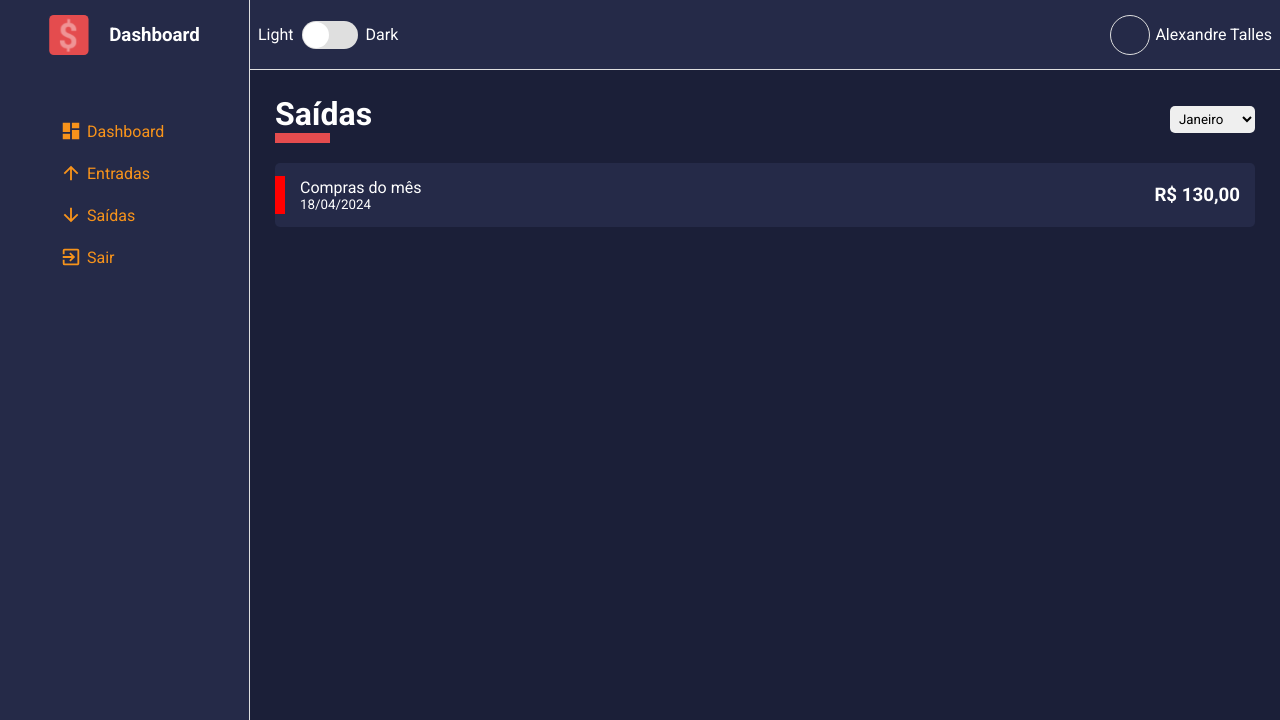
Repository: XFERRER7/dashboard
Page: /
The author's editor kept a copy of each file at every save. The page is drawn from the files as they stood at one save, then again after the next save.
The browser window is 1280 px wide. The pictures show the whole page.
The project was rebuilt for these pictures with package versions that can differ from the ones it lists, and the page was loaded fresh each time. Also part of the build but not shown: vite.config.ts.

Above is the page before, as saved 2022-07-11 17:01:19.

### index.html
<!DOCTYPE html>
<html lang="pt-br">

<head>
  <meta charset="UTF-8" />
  <meta name="viewport" content="width=device-width, initial-scale=1.0" />
  <link rel="shortcut icon" href="src/assets/Logo.svg" type="image/x-icon">
  <link rel="preconnect" href="https://fonts.googleapis.com">
  <link rel="preconnect" href="https://fonts.gstatic.com" crossorigin>
  <link href="https://fonts.googleapis.com/css2?family=Roboto:wght@400;500;700&display=swap" rel="stylesheet">
  <title>Dashboard</title>
</head>

<body>
  <div id="root"></div>
  <script type="module" src="/src/main.tsx"></script>
</body>

</html>

### src/main.tsx
import React from 'react'
import ReactDOM from 'react-dom/client'
import {App} from './App'

ReactDOM.createRoot(document.getElementById('root')!).render(
  <React.StrictMode>
    <App />
  </React.StrictMode>
)

### src/App.tsx
import Global from "./styles/Global"
import { Layout } from './components/Layout'
import { ThemeProvider } from 'styled-components'
import dark from './styles/Themes/dark'
import light from './styles/Themes/light'
import { Dashboard } from "./pages/Dashboard"
import { List } from "./pages/List"

export const App = () => {
  return (
    <div>
      <ThemeProvider theme={dark}>
        <Global />
        <Layout>
          <List/>
        </Layout>
      </ThemeProvider>
    </div>
  )
}

### src/styles/Global.ts
import { createGlobalStyle } from 'styled-components'

export default createGlobalStyle`

  * {
    margin: 0;
    padding: 0;
    box-sizing: border-box;
  }

  html, body, #root {
    height: 100%;
  }

  *, button, input {
    border: 0;
    outline: 0;
    font-family: 'Roboto', sans-serif;
  }

  button {
    cursor: pointer;
  }

`;

### src/components/Layout/index.tsx
import { Container } from './Styles'
import { MainHeader } from '../MainHeader'
import { Content } from '../Content'
import { Aside } from '../Aside'
import { ReactNode } from 'react';

interface BaseLayoutProps {
  children?: ReactNode;
}


export const Layout = ({ children }: BaseLayoutProps) => {
  return (
    <Container>
      <MainHeader />
      <Aside />
      <Content>
        {children}
      </Content>
    </Container>
  )
}

### src/styles/Themes/dark.ts
export default {
  title: 'dark',

  colors: {
    primary: '#1B1F38',
    secondary: '#252A48',
    tertiary: '##313862',

    white: '#fff',
    black: '#000',
    gray: '#dfdfdf',

    sucess: '#4E41F0',
    info: '#F7931B',
    warning: '#E44C4E'


  }
}

### src/pages/List/index.tsx
import React from 'react'
import { CardFinance } from '../../components/CardFinance'
import { HeaderContent } from '../../MiniComponents/headerContent'
import { Select } from '../../MiniComponents/select'
import { Container } from './styles'

export const List = () => {

  const options = [
    {
      value: 'Janeiro',
      label: 'Janeiro'
    },
    {
      value: 'Fevereiro',
      label: 'Fevereiro'
    },
    {
      value: 'Março',
      label: 'Março'
    }

  ]

  return (
    <Container>
      <HeaderContent titulo={'Saídas'} lineColor={'#E44C4E'}>
        <Select option={options}/>
      </HeaderContent>

      <CardFinance/>

    </Container>
  )
}

### src/components/Layout/Styles.ts
import styled from "styled-components"

export const Container = styled.div`
  display: grid;
  grid-template-columns: 250px auto;
  grid-template-rows: 70px auto;

  grid-template-areas:
  'AS MH'
  'AS CT';
  height: 100vh;

`

### src/components/MainHeader/index.tsx

import { Toggle } from '../../MiniComponents/Toggle'
import {
  Container,
  Profile,
  UserName,
  ImgUser
}
  from './Styles'


export const MainHeader = () => {

  return (
    <Container>
      <Toggle/>

      <Profile>
        <ImgUser/>
        <UserName>Alexandre Talles</UserName>

      </Profile>
    </Container>
  )
}

### src/components/Content/index.tsx
import { ReactNode } from 'react';
import { Container } from './Styles'

interface BaseLayoutProps {
  children?: ReactNode;
}

export const Content = ({ children }: BaseLayoutProps) => {
  return (
    <Container>
      {children}
    </Container>
  )
}

### src/components/Aside/index.tsx
import {
  Container,
  Header,
  Title,
  ImgLogo,
  Menu,
  ItemMenu
} from './Styles'
import logo from '../../assets/Logo.svg'
import {
  MdDashboard,
  MdArrowDownward,
  MdArrowUpward,
  MdExitToApp
} from 'react-icons/md'

export const Aside = () => {
  return (
    <Container>
      <Header>
        <ImgLogo src={logo} alt="Logo dashboard" />
        <Title>Dashboard</Title>
      </Header>
      <Menu>
        <ItemMenu href="#">
          <MdDashboard />
          Dashboard
        </ItemMenu>
        <ItemMenu href="#">
          <MdArrowUpward />
          Entradas
        </ItemMenu>
        <ItemMenu href="#">
          <MdArrowDownward />
          Saídas
        </ItemMenu>
        <ItemMenu href="#">
          <MdExitToApp />
          Sair
        </ItemMenu>
      </Menu>
    </Container>
  )
}

### src/components/CardFinance/index.tsx

import { Toggle } from '../../MiniComponents/Toggle'
import {
  Container,
  InfoCard,
  Highlighter
}
  from './Styles'


interface ICardFinanceProps {
  title: string;
  dateInfo: string;
  amount: number;
  colorHighLighter: string;
  colorContainer: string;
}


export const CardFinance = ({title,dateInfo, amount,colorHighLighter,colorContainer}: ICardFinanceProps) => {

  return (
    <Container>
      <Highlighter/>
      <InfoCard>
        <span>Compras do mês</span>
        <small>18/04/2024</small>
      </InfoCard>
      <h3>R$ 130,00</h3>
    </Container>
  )
}

### src/MiniComponents/headerContent/index.tsx
import {
  Container,
  TitleContainer,
  Controller
} from './styles'

import { Select } from '../../MiniComponents/select'

interface IHeaderContentProps {
  titulo: string;
  lineColor: string;
  children: React.ReactNode;
}

export const HeaderContent = ({titulo, lineColor, children}: IHeaderContentProps) => {


  return (
    <Container>
      <TitleContainer lineColor={lineColor}>
        <h1>{titulo}</h1>
      </TitleContainer>
      <Controller>
        {children}
      </Controller>
    </Container>
  )
}

### src/MiniComponents/select/index.tsx
import React, { FC } from 'react'
import { Container } from './styles'

interface IselectProps {
  option: {
    value: string | number;
    label: string | number;
  }[],
}

export const Select = ({option}: IselectProps) => {
  return (

    <Container>
      <select>
        {
          option.map(option => <option key={option.value} value={option.value}>{option.label}</option>)
        }
      </select>
    </Container>
  )
}

### src/pages/List/styles.ts
import styled from "styled-components";

export const Container = styled.div`

`

### src/MiniComponents/Toggle/index.tsx
import React, { useState } from 'react'
import { Container, ToggleLabel, ToggleSelector } from './styles'


export const Toggle = () => {

  const [on, setOn] = useState(false);

  return (
    <Container>
      <ToggleLabel>
        Light
      </ToggleLabel>
      <ToggleSelector
        checked={on }
        uncheckedIcon={false}
        checkedIcon={false}
        onChange={() => setOn(!on)}
      />
      <ToggleLabel>
        Dark
      </ToggleLabel>
    </Container>
  )
}

### src/components/MainHeader/Styles.ts
import styled from "styled-components"

export const Container = styled.div`
  grid-area: MH;
  color: ${props => props.theme.colors.white};
  background-color: ${props => props.theme.colors.secondary};
  display: flex;
  justify-content: space-between;
  align-items: center;
  padding: 8px;
  border-bottom: 1px solid ${props => props.theme.colors.gray};
`

export const Profile = styled.div`
  display: flex;
  align-items: center;
  justify-content: center;
  gap: 5px;
`

export const UserName = styled.div`

`

export const ImgUser = styled.div`
  height: 40px;
  width: 40px;
  border-radius: 50%;
  border: 1px solid ${props => props.theme.colors.gray};
`

### src/components/Content/Styles.ts
import styled from "styled-components"

export const Container = styled.div`
  grid-area: CT;
  color: ${props => props.theme.colors.white};
  background-color: ${props => props.theme.colors.primary};
  padding: 25px;
`

### src/components/Aside/Styles.ts
import styled from "styled-components"

export const Container = styled.div`
  grid-area: AS;
  color: ${props => props.theme.colors.white};
  background-color: ${props => props.theme.colors.secondary};
  border-right: 1px solid ${props => props.theme.colors.gray};
`

export const Header = styled.div`
  height: 70px;
  display: flex;
  align-items: center;
  justify-content: center;
  gap: 20px;
`
export const Title = styled.h3`

`
export const ImgLogo = styled.img`
  height: 40px;
  width: 40px;
`
export const Menu = styled.nav`
  display: flex;
  flex-direction: column;
  justify-content: center;
  gap: 20px;
  margin-top: 50px;
  margin-left: 60px;
`
export const ItemMenu = styled.a`
  text-decoration: none;
  color: ${props => props.theme.colors.info};
  transition: 0.1s all ease;
  display: flex;
  align-items: center;
  gap: 5px;


  &:hover {
    opacity: .8;
  }

  > svg {
    font-size: 22px;
  }
`

### src/components/CardFinance/Styles.ts
import styled from "styled-components"

export const Container = styled.li`
  list-style: none;
  margin-top: 20px;
  background-color: ${props => props.theme.colors.secondary};
  border-radius: 5px;
  padding: 15px;
  display: flex;
  justify-content: space-between;
  align-items: center;
  position: relative;
  transition: all .3s;

  &:hover {
    opacity: .7;
    transform: translateX(10px);
  }
`

export const InfoCard = styled.div`
  padding-left: 10px;
  display: flex;
  flex-direction: column;
  justify-content: space-between;
`

export const Highlighter = styled.div`
  position: absolute;
  left: 0;
  background-color: red;
  width: 10px;
  height: 60%;
`

### src/MiniComponents/headerContent/styles.ts
import styled from "styled-components";

interface ItitleContainerProps {
  lineColor: string;
}


export const Container = styled.div`
  display: flex;
  justify-content: space-between;
`

export const TitleContainer = styled.div<ItitleContainerProps>`


  > h1 {

    color: ${props => props.theme.colors.white};
    &::after {
    content: '';
    display: block;
    width: 55px;
    border-bottom: 10px solid ${props => props.lineColor};
  }
  }

`
export const Controller = styled.div`
  display: flex;
  gap: 5px;
  align-items: center;
`

### src/MiniComponents/select/styles.ts
import styled from "styled-components";

export const Container = styled.div`

  > select {
    padding: 5px;
    border-radius: 5px;
  }
`

### src/MiniComponents/Toggle/styles.ts
import styled from "styled-components";
import Switch, { ReactSwitchProps } from 'react-switch'

export const Container = styled.div`
  display: flex;
  align-items: center;
`

export const ToggleLabel = styled.span`
  color: ${props => props.theme.colors.white};

`

export const ToggleSelector = styled(Switch).attrs<ReactSwitchProps>(
  ({ theme }) => ({
    onColor: theme.colors.primary,
    offColor: theme.colors.gray
  })) <ReactSwitchProps>`
  margin: 0 8px;

`;

After the next save:
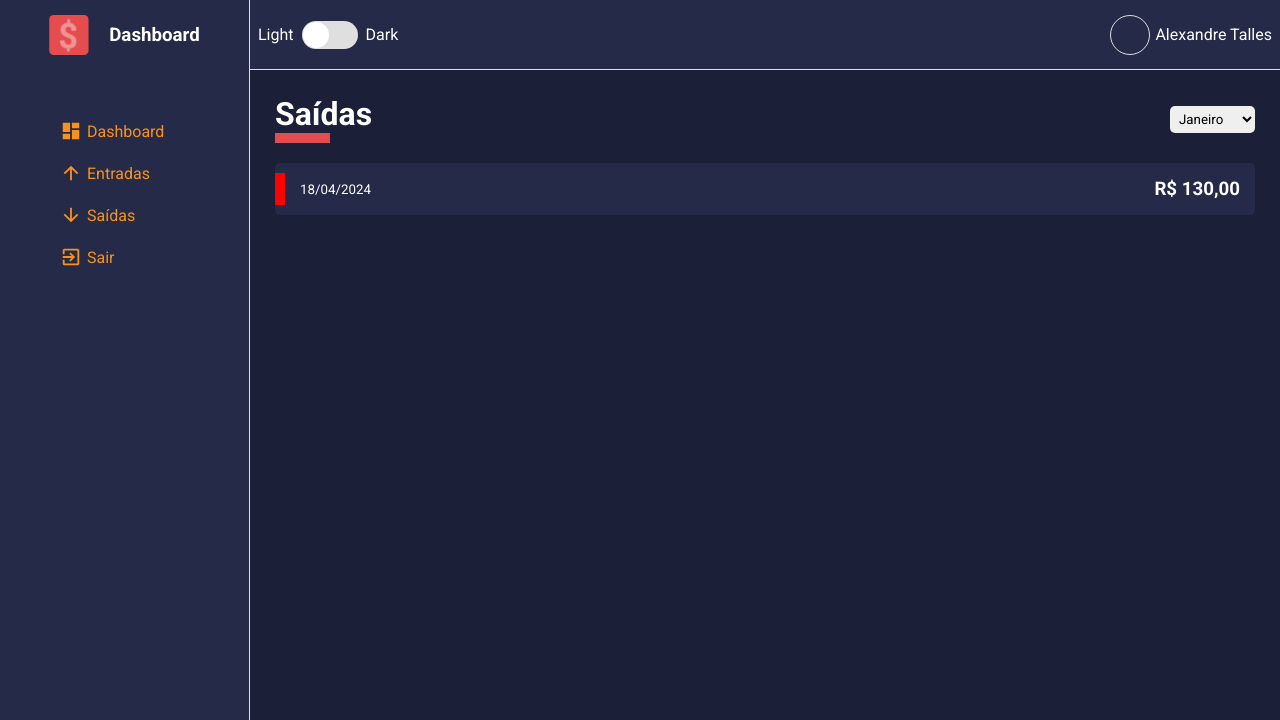
Saved 9 s later.
--- a/src/components/CardFinance/index.tsx
+++ b/src/components/CardFinance/index.tsx
@@ -23,7 +23,7 @@ export const CardFinance = ({title,dateInfo, amount,colorHighLighter,colorContai
     <Container>
       <Highlighter/>
       <InfoCard>
-        <span>Compras do mês</span>
+        <span>{title}</span>
         <small>18/04/2024</small>
       </InfoCard>
       <h3>R$ 130,00</h3>
